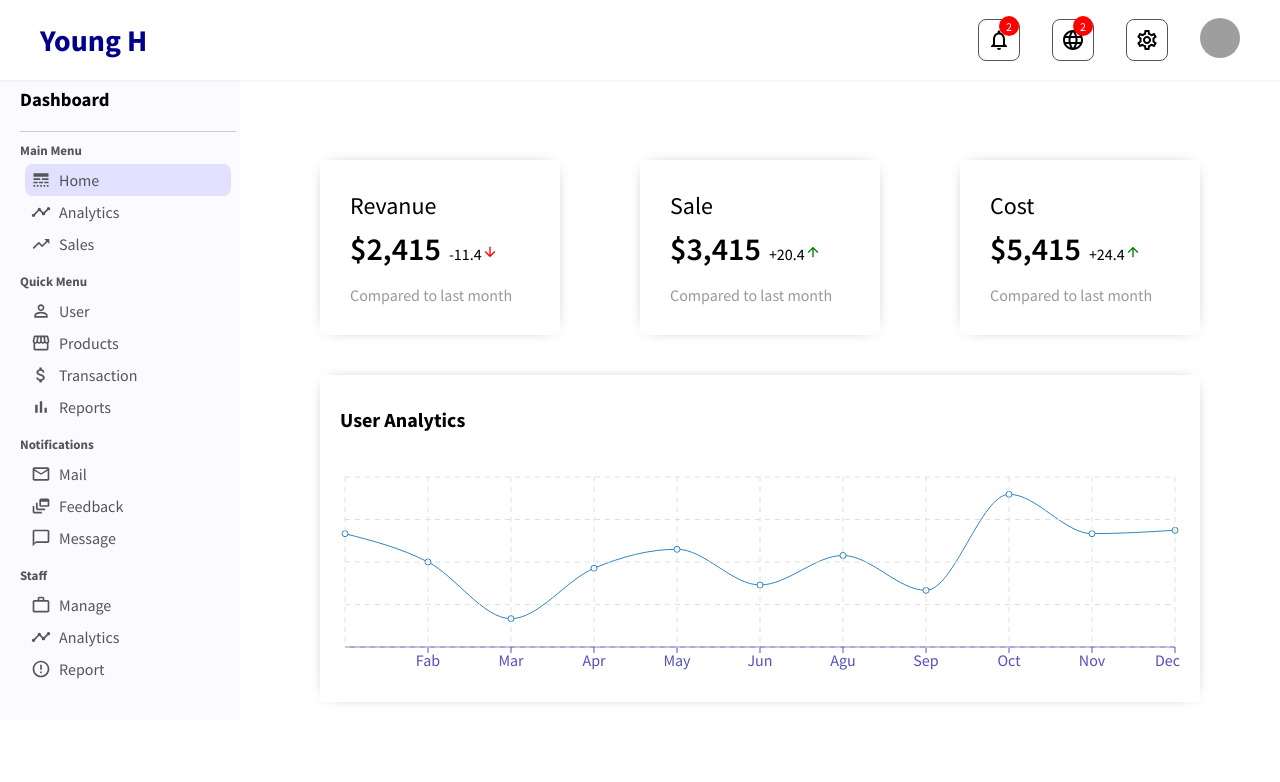
Repository: noname20011/admin
Page: /
These files come from the project's save history. The page is drawn as it stood at one moment and after the next save; the edit follows.
The browser window is 1280 px wide. The pictures show the whole page.
The pointer rests on the first visible `.topbarIconContainer`.
Pictures or frames that could not be fetched are drawn as grey boxes. The project was rebuilt for these pictures with package versions that can differ from the ones it lists, and the page was loaded fresh each time.

Above is the page before, as saved 2021-11-13 13:27:02.

### public/index.html
<!DOCTYPE html>
<html lang="en">
  <head>
    <meta charset="utf-8" />
    <link rel="icon" href="%PUBLIC_URL%/favicon.ico" />
    <meta name="viewport" content="width=device-width, initial-scale=1" />
    <meta name="theme-color" content="#000000" />
    <meta
      name="description"
      content="Web site created using create-react-app"
    />
    <!-- GOOGLE FONTS -->
    <link href="https://fonts.googleapis.com/css2?family=Source+Sans+Pro:wght@200;300;400;600;700;900&display=swap" rel="stylesheet">
    <style>
      * {
        font-family: 'Source Sans Pro', sans-serif;
        padding: 0;
        margin: 0;
      }
    </style>
    <title>React Admin App</title>
  </head>
  <body>
    <div id="root"></div>
  </body>
</html>

### src/App.js
import Topbar from "./comopnents/topbar/Topbar";
import Sidebar from "./comopnents/sidebar/Sidebar";
import Home from "./pages/home/Home.jsx"
import './app.css'
function App() {
  return (
    <div>
      <Topbar/>
      <div className="container">
        <Sidebar/>
        <Home/>
      </div>
    </div>
  );
}

export default App;

### src/comopnents/topbar/Topbar.jsx
import React from 'react'
import './topbar.css'

import { Language, NotificationsNone, SettingsOutlined  } from '@material-ui/icons'

export default function Topbar() {
    return (
        <div className="topbar">
            <div className="topbarWrapper">
                <div className="topLeft">
                    <div className="logo">Young H</div>
                </div>
                <div className="topRight">
                    <div className="topbarIconContainer">
                        <NotificationsNone/>
                        <div className="topIconsBadge">2</div>
                    </div>
                    <div className="topbarIconContainer">
                        <Language/>
                        <div className="topIconsBadge">2</div>
                    </div>
                    <div className="topbarIconContainer">
                        <SettingsOutlined/>
                    </div>
                    <div>
                        <img src="https://images.pexels.com/photos/1526814/pexels-photo-1526814.jpeg?auto=compress&cs=tinysrgb&dpr=2&w=500" alt="admin" className="topAvatar"/>
                    </div>
                </div>
            </div>
        </div>
    )
}

### src/comopnents/sidebar/Sidebar.jsx
import { AttachMoney, BarChart, ChatBubbleOutline, DynamicFeed, ErrorOutline, LineStyle, MailOutlined, PersonOutline, Storefront, Timeline, TrendingUp,  WorkOutlineOutlined } from '@material-ui/icons'
import React from 'react'
import "./sidebar.css"
export default function Sidebar() {
    return (
        <div className="sidebar">
            <div className="sidebarWrapper">
                <h3 className="sidebarTitle">Dashboard</h3>
                <div className="sidebarMenu">
                    <h4 className="sidebarMenuTitle">Main Menu</h4>
                    <ul className="sidebarLists">
                        <li className="sidebarListItem active">
                            <LineStyle className="sidebarIcon"/>
                            Home
                        </li>
                        <li className="sidebarListItem">
                            <Timeline className="sidebarIcon"/>
                            Analytics
                        </li>
                        <li className="sidebarListItem">
                            <TrendingUp className="sidebarIcon"/>
                            Sales
                        </li>
                    </ul>
                </div>
                <div className="sidebarMenu">
                    <h4 className="sidebarMenuTitle">Quick Menu</h4>
                    <ul className="sidebarLists">
                        <li className="sidebarListItem">
                            <PersonOutline className="sidebarIcon"/>
                            User
                        </li>
                        <li className="sidebarListItem">
                            <Storefront className="sidebarIcon"/>
                            Products
                        </li>
                        <li className="sidebarListItem">
                            <AttachMoney className="sidebarIcon"/>
                            Transaction
                        </li>
                        <li className="sidebarListItem">
                            <BarChart className="sidebarIcon"/>
                            Reports
                        </li>
                    </ul>
                </div>
                <div className="sidebarMenu">
                    <h4 className="sidebarMenuTitle">Notifications</h4>
                    <ul className="sidebarLists">
                        <li className="sidebarListItem">
                            <MailOutlined className="sidebarIcon"/>
                            Mail
                        </li>
                        <li className="sidebarListItem">
                            <DynamicFeed className="sidebarIcon"/>
                            Feedback
                        </li>
                        <li className="sidebarListItem">
                            <ChatBubbleOutline className="sidebarIcon"/>
                            Message
                        </li>
                    </ul>
                </div>
                <div className="sidebarMenu">
                    <h4 className="sidebarMenuTitle">Staff</h4>
                    <ul className="sidebarLists">
                        <li className="sidebarListItem">
                            <WorkOutlineOutlined className="sidebarIcon"/>
                            Manage
                        </li>
                        <li className="sidebarListItem">
                            <Timeline className="sidebarIcon"/>
                            Analytics
                        </li>
                        <li className="sidebarListItem">
                            <ErrorOutline className="sidebarIcon"/>
                            Report
                        </li>
                    </ul>
                </div>
            </div>
        </div>
    )
}

### src/pages/home/Home.jsx
import "./home.css"
import Feature from "../../comopnents/featureInfo/Feature"
import Chart from "../../comopnents/chart/Chart"
import {userData} from "../../dummyData"
export default function Home() {
    return (
        <div className="home">
            <Feature/>
            <Chart data={userData} title="User Analytics" grid dataKey="Active User"/>
        </div>
    )
}

### src/app.css
ul, li {
    list-style: none;
}

a {
    text-decoration: none;
}

.container {
    display: flex;
}

.other {
    flex: 4;
}

### src/comopnents/topbar/topbar.css
.topbar {
    width: 100%;
    height: 80px;
    background: #fff;
    box-shadow: 0 .5px 2px rgba(0, 0, 0, 0.07);

    position: sticky;
    top: 0;
    z-index: 1000;
}

.topbarWrapper {
    height: 100%;
    padding: 0 40px;
    display: flex;
    justify-content: space-between;
    align-items: center;
}

.logo {
    font-weight: bold;
    font-size: 30px;
    color: darkblue;
    cursor: pointer;
}

.topRight {
    display: flex;
    align-items: center;
    column-gap: 2rem;
}
.topbarIconContainer {
    position: relative;
    cursor: pointer;
    width: 40px;
    height: 40px;
    border: 1px solid #555;
    border-radius: .5rem;
    display: flex;
    align-items: center;
    justify-content: center;
}

.topIconsBadge {
    font-size: 12px;
    position: absolute;
    top: -4px;
    right: 0px;

    width: 20px;
    height: 20px;
    background-color: red;
    color: #fff;
    border-radius: 50%;

    display: flex;
    place-content: center;
    place-items: center;
}

.topAvatar {
    width: 40px;
    height: 40px;
    object-fit: cover;
    border-radius: 50%;
    cursor: pointer;
}

### src/comopnents/sidebar/sidebar.css
.sidebar {
    flex: 1;
    background-color: rgb(251, 251, 255);
    position: sticky;
    top: 80px;
    height: calc(100vh - 80px);
}

.sidebarWrapper {
    padding: 8px 4px 0 20px;
}

.sidebarTitle {
    padding-bottom: 20px;
    margin-bottom: 10px;
    border-bottom: 1px solid #ccc;
}

.sidebarMenu {
    margin-bottom: 8px;
}

.sidebarMenuTitle {
    color: #555;
    font-size: 13px;
}

.sidebarLists {
    padding: 5px;
}

.sidebarListItem {
    display: flex;
    align-items: center;
    column-gap: .5rem;

    padding: 6px;
    color: #555;
    cursor: pointer;
    border-radius: .5rem;
}

.sidebarListItem.active,
.sidebarListItem:hover {
    background-color: rgb(225, 225, 255);
}

.sidebarIcon {
    font-size: 20px!important;
}

### src/pages/home/home.css
.home {
    flex: 4;
    margin: 60px 40px;
}

### src/comopnents/featureInfo/Feature.jsx
import { ArrowDownward, ArrowUpward } from '@material-ui/icons'
import "./feature.css"

export default function Feature() {
    return (
        <div className="featured">
            <div className="featuredItem">
                <span className="featuredTitle">Revanue</span>
                <div className="featuredMoneyContainer">
                    <span className="featuredMoney">$2,415</span>
                    <span className="featuredMoneyRate">-11.4
                        <ArrowDownward className="featuredIcon negative"/>
                    </span>
                </div>
                <span className="featuredSub">Compared to last month
                </span>
            </div>

            <div className="featuredItem">
                <span className="featuredTitle">Sale</span>
                <div className="featuredMoneyContainer">
                    <span className="featuredMoney">$3,415</span>
                    <span className="featuredMoneyRate">+20.4
                        <ArrowUpward className="featuredIcon "/>
                    </span>
                </div>
                <span className="featuredSub">Compared to last month
                </span>
            </div>

            <div className="featuredItem">
                <span className="featuredTitle">Cost</span>
                <div className="featuredMoneyContainer">
                    <span className="featuredMoney">$5,415</span>
                    <span className="featuredMoneyRate">+24.4
                        <ArrowUpward className="featuredIcon "/>
                    </span>
                </div>
                <span className="featuredSub">Compared to last month</span>
            </div>
        </div>
    )
}

### src/comopnents/chart/Chart.jsx
import "./chart.css"
import { LineChart, Line, XAxis, YAxis, CartesianGrid, Tooltip, Legend, ResponsiveContainer } from 'recharts';



export default function Chart({ title, data, dataKey, grid }) {

    return (
        <div className="chart">
            <h3 className="chartTitle">{title}</h3>
            <ResponsiveContainer width="100%" aspect={4 / 1}>
                <LineChart data={data}>
                    <XAxis dataKey="name" stroke="#5550bd"/>
                    <Line type="monotone" dataKey={dataKey}/>
                    <Tooltip />
                    {grid && <CartesianGrid stroke="#e0dfdf" strokeDasharray="5 5" />}
                </LineChart>
            </ResponsiveContainer>
        </div>
    )
}

### src/dummyData.js
export const userData = [
    {
        name: 'Jan',
        "Active User": 4000,
    },
    {
        name: 'Fab',
        "Active User": 3000,

    },
    {
        name: 'Mar',
        "Active User": 1000,

    },
    {
        name: 'Apr',
        "Active User": 2780,
    },
    {
        name: 'May',
        "Active User": 3450,
    },
    {
        name: 'Jun',
        "Active User": 2190,
    },
    {
        name: 'Agu',
        "Active User": 3230,
    },
    {
        name: 'Sep',
        "Active User": 2000,
    },
    {
        name: 'Oct',
        "Active User": 5390,
    },
    {
        name: 'Nov',
        "Active User": 4000,
    },
    {
        name: 'Dec',
        "Active User": 4120,
    },
    ];

### src/comopnents/featureInfo/feature.css
.featured {
    display: flex;
    justify-content: space-between;
    width: 100%;
}
.featuredItem {
    flex: 1;
    width: 30%;
    margin: 20px 40px;
    padding: 30px;
    border-radius: .4rem;
    cursor: pointer;
    -webkit-box-shadow: 0px 0px 15px -10px rgba(0, 0, 0, 0.75);
    box-shadow: 0px 0px 15px -10px rgba(0, 0, 0, 0.75);
}

.featuredTitle {
    font-size: 24px;
    margin-bottom: 8px;
    display: block;
}

.featuredMoneyContainer {
    margin: 6px 0 16px;
}

.featuredMoney {
    font-weight: 600;
    font-size: 32px;
}

.featuredMoneyRate {
    font-size: 16px;
    margin-left: 8px;
}

.featuredIcon {
    font-size: 16px!important;
    color: green;
}

.featuredIcon.negative {
    color: red;
}

.featuredSub {
    color: #999;
    font-size: 16px;
}

### src/comopnents/chart/chart.css
.chart {
    -webkit-box-shadow: 0px 0px 15px -10px rgba(0, 0, 0, 0.75);
    box-shadow: 0px 0px 15px -10px rgba(0, 0, 0, 0.75);
    margin: 20px 40px;
    padding: 20px;
}

.chartTitle {
    font-size: 20px;
    margin: 12px 0 40px;

}

Loaded but not shown: src/index.js (common file)

After the next save:
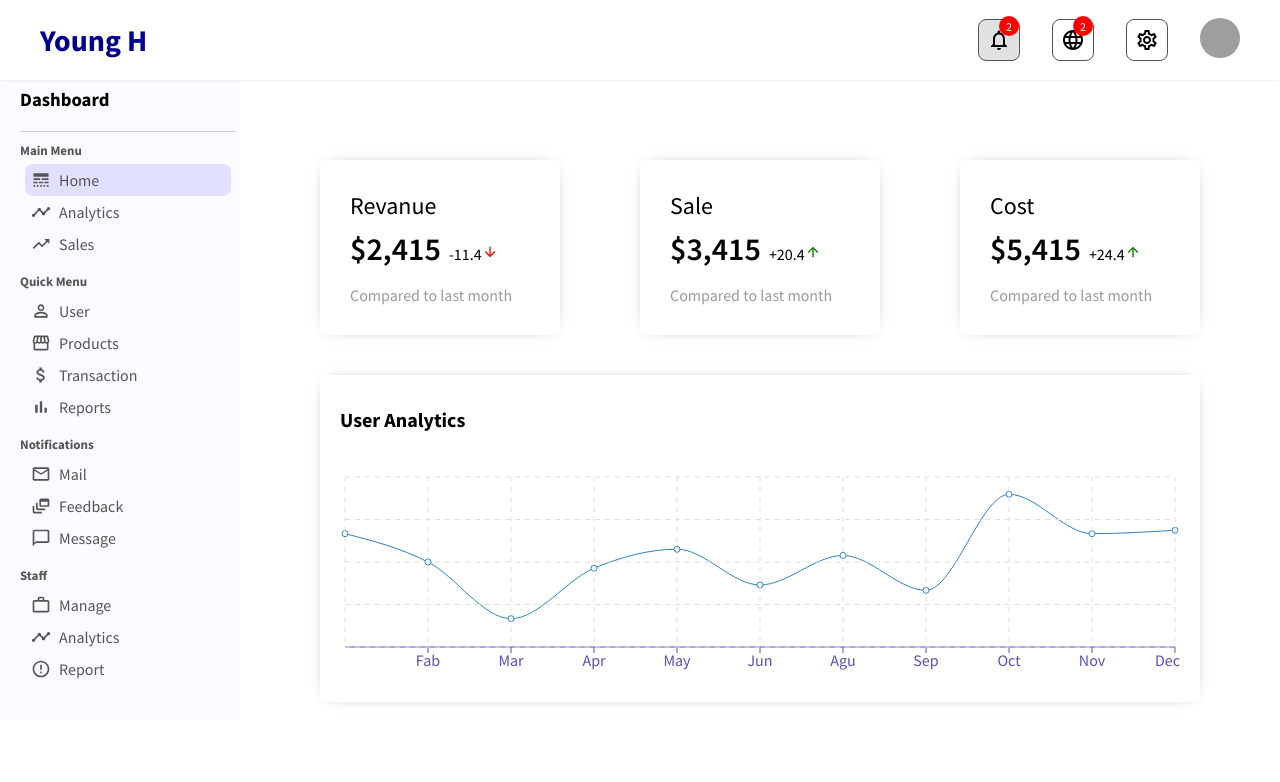
Saved 74 s later.
--- a/src/comopnents/topbar/topbar.css
+++ b/src/comopnents/topbar/topbar.css
@@ -41,6 +41,10 @@
     justify-content: center;
 }
 
+.topbarIconContainer:hover {
+    background-color: rgb(226, 225, 225);
+}
+
 .topIconsBadge {
     font-size: 12px;
     position: absolute;

After the save that followed:
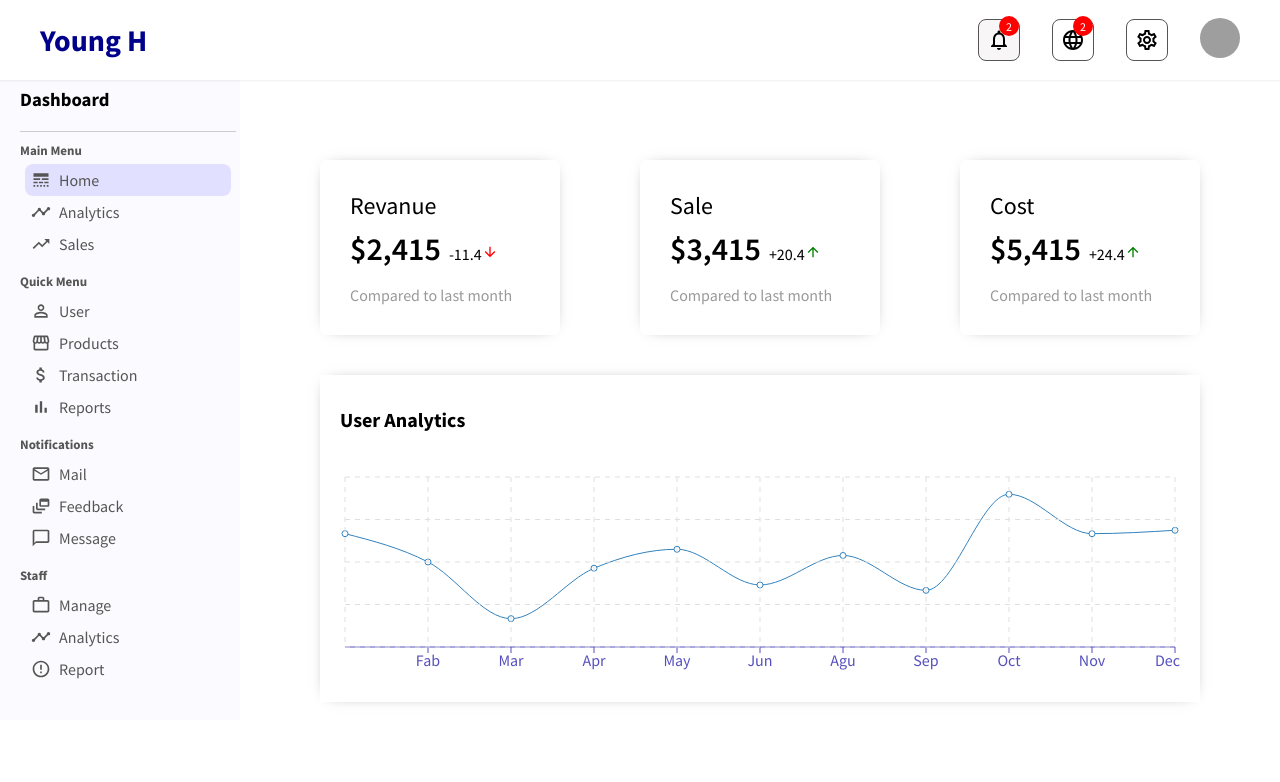
Saved 11 s later.
--- a/src/comopnents/topbar/topbar.css
+++ b/src/comopnents/topbar/topbar.css
@@ -42,7 +42,7 @@
 }
 
 .topbarIconContainer:hover {
-    background-color: rgb(226, 225, 225);
+    background-color: rgb(248, 246, 246);
 }
 
 .topIconsBadge {
